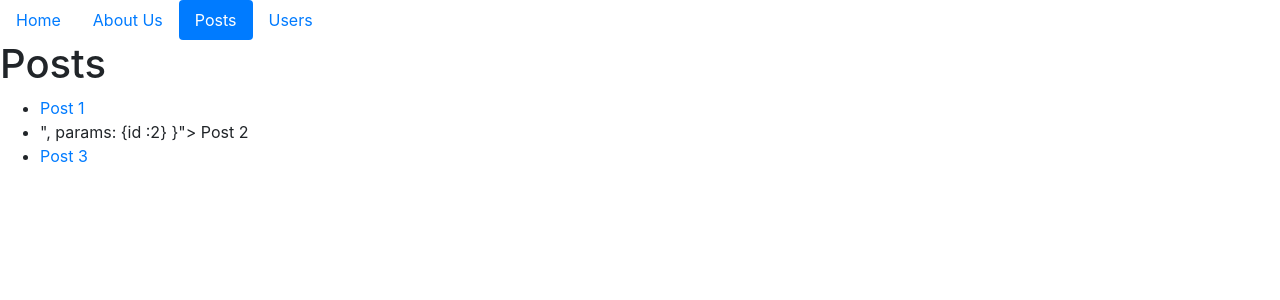
Repository: toufik17/vuejs
Page: /posts
The author's editor kept a copy of each file at every save. The page is drawn from the files as they stood at one save, then again after a run of saves.
The browser window is 1280 px wide. The pictures show the whole page.
The project was rebuilt for these pictures with package versions that can differ from the ones it lists, and the page was loaded fresh each time. Also part of the build but not shown: src/components/Home.vue, src/components/About.vue, src/components/Post.vue, src/components/Users.vue, src/components/users/UsersHome.vue, src/components/users/UsersViewHome.vue.

Above is the page before, as saved 2019-03-06 12:04:40.

### public/index.html
<!DOCTYPE html>
<html lang="en">
  <head>
    <meta charset="utf-8">
    <meta http-equiv="X-UA-Compatible" content="IE=edge">
    <meta name="viewport" content="width=device-width,initial-scale=1.0">
    <link rel="icon" href="<%= BASE_URL %>favicon.ico">
    <link rel="stylesheet" href="https://stackpath.bootstrapcdn.com/bootstrap/4.1.2/css/bootstrap.min.css" integrity="sha384-Smlep5jCw/wG7hdkwQ/Z5nLIefveQRIY9nfy6xoR1uRYBtpZgI6339F5dgvm/e9B" crossorigin="anonymous">
    <title>demo</title>
  </head>
  <body>
    <noscript>
      <strong>We're sorry but demo doesn't work properly without JavaScript enabled. Please enable it to continue.</strong>
    </noscript>
    <div id="app"></div>
    <!-- built files will be auto injected -->
  </body>
</html>

### src/main.js
import Vue from 'vue'
import App from './App.vue'
import VueRouter from 'vue-router'

import routes from './routes'

Vue.use(VueRouter);
const router = new VueRouter({
  mode: "history",
  routes : routes
})

Vue.config.productionTip = false

new Vue({
  render: h => h(App),
  router
}).$mount('#app')

### src/App.vue
<template>
  <div id="app">
    <NavBar />
    <router-view></router-view>
  </div>
</template>

<script>

import NavBar from "./components/NavBar"
export default {
  name: 'app',
  components: {
    NavBar
  }
}
</script>

<style>

</style>

### src/routes.js
import Home from './components/Home'
import About from './components/About'
import Post from './components/Post'
import Posts from './components/Posts'
import Users from './components/Users'
import UsersHome from './components/users/UsersHome'
import UsersViewHome from './components/users/UsersViewHome'

const routes = [
    {path: "/", component: Home, name: "home"},
    {path: "/about", component: About},
    {path: "/posts", component: Posts},
    {path: "/posts/:id", component: Post, props: true, name: "signle-post"},
    {path: "/users", component: Users, children: [
        {path: "", component: UsersHome},
        {path: ":id", component: UsersViewHome, props: true},
    ]}
];

export default routes;

### src/components/NavBar.vue
<template>
    <ul class="nav nav-pills">
      <li class="nav-item">
        <router-link :to="{name: 'home'}" class="nav-link" active-class="active" exact href="#">
          Home
        </router-link>
      </li>
      <li class="nav-item">
        <router-link to="/about" class="nav-link" active-class="active" href="#">
          About Us
        </router-link>
      </li>
      <li class="nav-item">
        <router-link to="/posts" class="nav-link" active-class="active" href="#">
          Posts
        </router-link>
      </li>
      <li class="nav-item">
        <router-link to="/users" class="nav-link" active-class="active" href="#">
          Users
        </router-link>
      </li>
    </ul>
</template>

### src/components/Posts.vue
<template>
    <div>
        <h1>Posts</h1>
        <ul>
            <li><router-link to="/posts/1">Post 1</router-link></li>
            <li>
                <router-link :to="{name: "single-post", params: {id :2} }">
                    Post 2
                </router-link>
            </li>
            <li><router-link to="/posts/3">Post 3</router-link></li>
        </ul>
    </div>
</template>

After the next 2 saves:
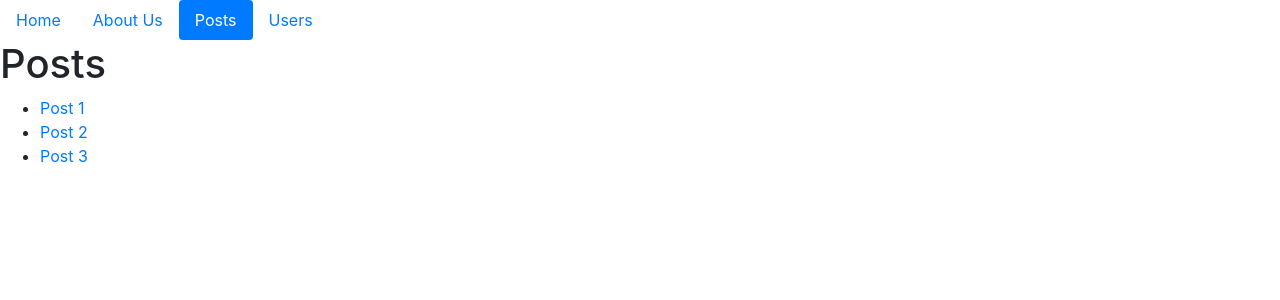
The 2 saves are shown as one change because they came seconds apart.
The last was saved 25 s later.
--- a/src/components/Posts.vue
+++ b/src/components/Posts.vue
@@ -4,7 +4,7 @@
         <ul>
             <li><router-link to="/posts/1">Post 1</router-link></li>
             <li>
-                <router-link :to="{name: "single-post", params: {id :2} }">
+                <router-link :to="{name: 'single-post', params: {id :2} }">
                     Post 2
                 </router-link>
             </li>
